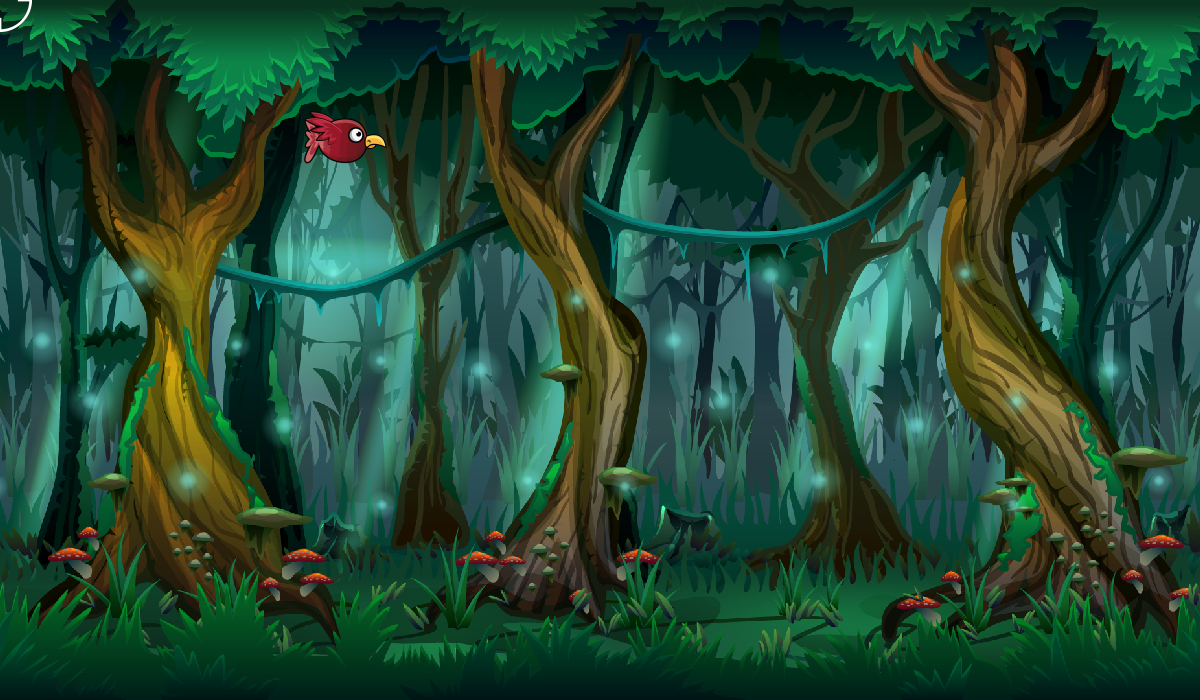
Repository: mys-pro/demo_shooting_bird_vision
Script's output: python main.py
The author's editor kept a copy of each file at every save. The script's output is drawn from the files as they stood at one save, then again after a run of saves.
The window is shown after at most 60 frames with no key pressed. Random numbers start from a fixed seed. It also reads assets/images/backgrounds/Cartoon_Forest_BG_01.png, assets/images/backgrounds/Cartoon_Forest_BG_02.png, assets/images/backgrounds/Cartoon_Forest_BG_03.png, assets/images/backgrounds/Cartoon_Forest_BG_04.png, assets/images/birds/bird1/b-1.png, assets/images/birds/bird1/b-2.png, assets/images/birds/bird1/b-3.png, assets/images/birds/bird1/b-4.png, assets/images/icon.png, assets/images/viewfinder.png.

Above is the script's output before, as saved 2024-06-16 16:36:00.

After the next 2 saves:
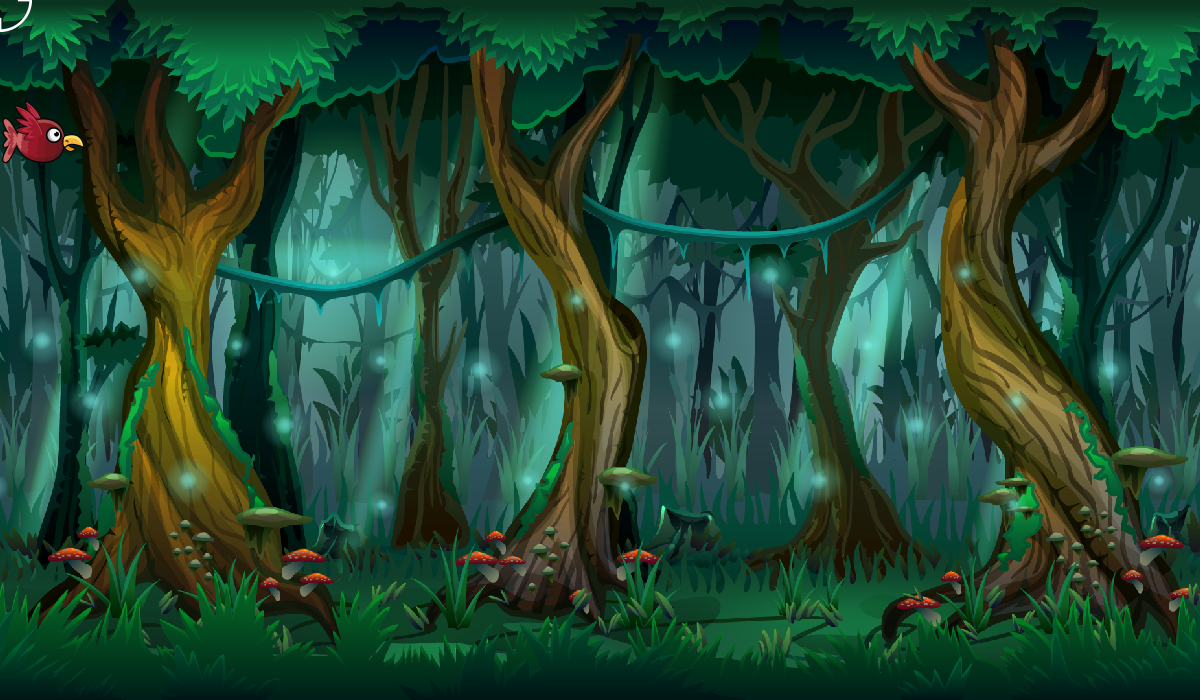
The 2 saves are shown as one change because 1 did not build or start.
The last was saved 22 s later.
--- a/main.py
+++ b/main.py
@@ -44,27 +44,9 @@ class birds:
         self.rect = self.image.get_rect()
         self.rect.x = x
         self.rect.y = y
-        self.velocity = 5  # Tốc độ mặc định
-        self.delay_count = 0
 
     def update(self):
-        self.delay_count += 1
-
-        # Kiểm tra nếu đã đủ thời gian chờ để cập nhật
-        if self.delay_count >= 8:
-            # Reset delay_count
-            self.delay_count = 0
-
-            # Cập nhật chỉ số hình ảnh để tạo hiệu ứng hoạt hình
-            self.index = (self.index + 1) % len(self.images)
-            self.image = self.images[self.index]
-
-        # Di chuyển đối tượng sang phải
-        self.rect.x += self.velocity
-
-        # Kiểm tra nếu đối tượng đi ra khỏi màn hình, đặt lại vị trí
-        if self.rect.left > SCREEN_WIDTH:
-            self.reset()
+        self.index += 0.1
 
     def draw(self, screen):
         screen.blit(self.image, self.rect)
